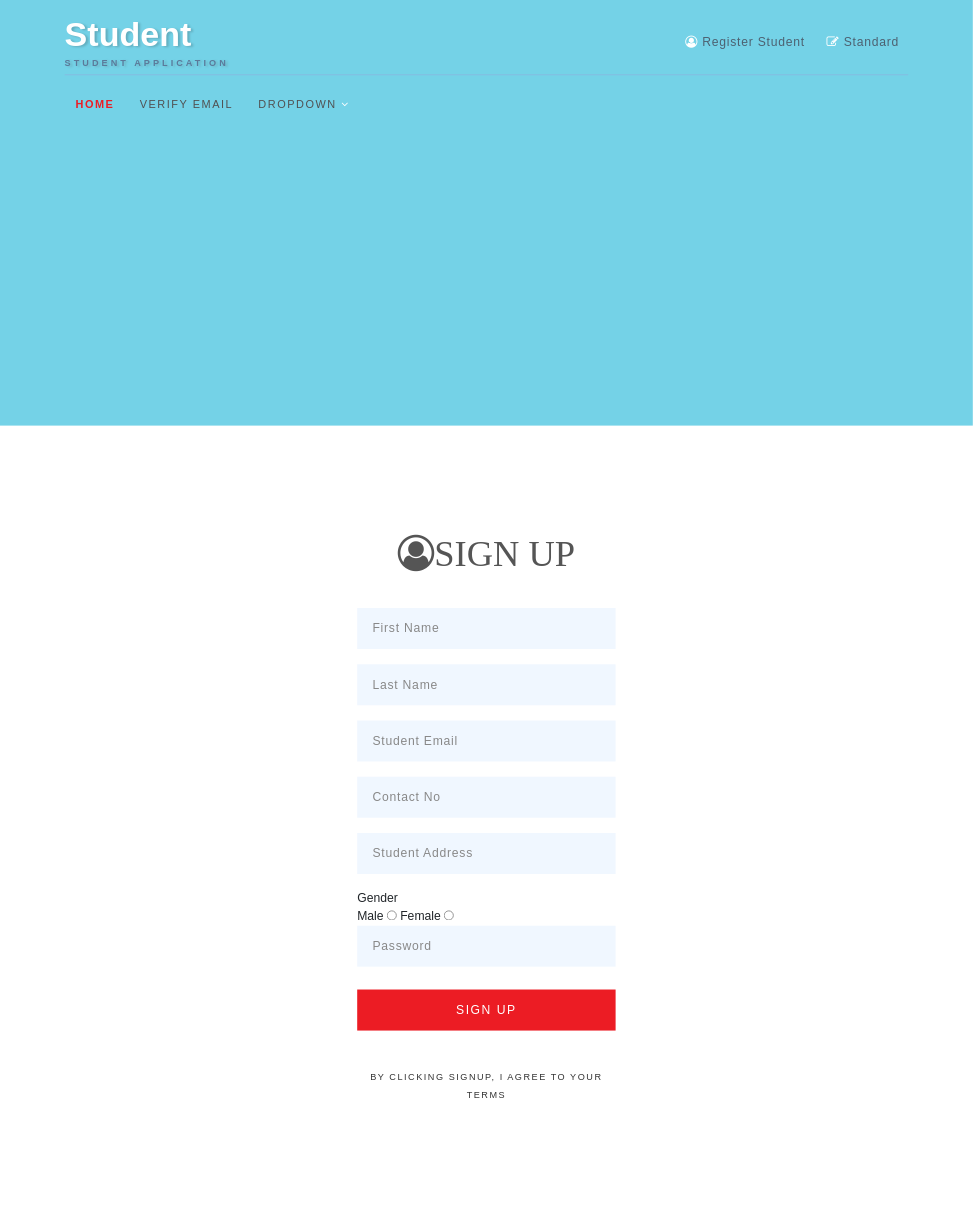
Repository: PallaviMadiya/Java-Framework-
Page: http://localhost/StudentApplication/register.jsp
An editor plug-in stored every save of this project. The page is shown before and after the next save, followed by the edit.
The browser window is 1280 px wide. The pictures show the whole page, at 76% of full size.
Some web fonts or font styles are not loaded; a fallback is used. The page is served by Tomcat 9. Other server files are loaded and not shown.

Above is the page before, as saved 2023-10-17 12:35:32.

### StudentApplication/src/main/webapp/register.jsp
<%@ page language="java" contentType="text/html; charset=ISO-8859-1"
    pageEncoding="ISO-8859-1"%>
<!DOCTYPE html>
<html>
<head>
<meta charset="ISO-8859-1">
<title>Insert title here</title>
</head>
<body>
<%@include file="header.jsp" %>
 <!-- //banner-->
    <!--/login -->
    <section class="banner-bottom py-5">
        <div class="container">
            <div class="content-grid">
                <div class="text-center icon">
                    <span class="fa fa-user-circle-o">SIGN UP</span>
                </div>
                 <% String msg = (String)request.getAttribute("msg"); %>
	            <% if(msg!=null){
	            %>
	            	<center><h3><%=msg %></h3></center><br>
	            <% } %>
                <div class="content-bottom">
                    <form action="StudentController" method="post">
                        <div class="field-group">

                            <div class="content-input-field">
                                <input name="fname" id="text1" type="text" value="" placeholder="First Name" required="">
                            </div>
                        </div>
                        <div class="field-group">

                            <div class="content-input-field">
                                <input name="lname" id="text1" type="text" value="" placeholder="Last Name" required="">
                            </div>
                        </div>
                        <div class="field-group">

                            <div class="content-input-field">
                                <input name="email" id="text1" type="email" value="" placeholder="Student Email" required="">
                            </div>
                        </div>
                        <div class="field-group">

                            <div class="content-input-field">
                                <input name="contact" id="text3" type="number" value="" placeholder="Contact No" required="">
                            </div>
                        </div>
                         <div class="field-group">

                            <div class="content-input-field">
                                <input name="address" id="text1" type="text" value="" placeholder="Student Address" required="">
                            </div>
                        </div>
                        <div class="field-group">
							Gender
                            <div class="checkbox-check-radio">
                               Male <input name="gender" id="text3" type="radio" value="male" required="">
                               Female <input name="gender" id="text3" type="radio" value="female" required="">
                            </div>
                        </div>
                        <div class="field-group">
                            <div class="content-input-field">
                                <input name="password" id="myInput" type="Password" placeholder="Password">
                            </div>
                        </div>
                        <div class="content-input-field">
                            <button type="submit" class="btn" name="action" value="signup">Sign Up</button>
                        </div>
                        <div class="list-login-bottom text-center mt-lg-5 mt-4">

                            <a href="#" class="">By clicking Signup, I agree to your terms</a>



                        </div>
                    </form>
                </div>
            </div>
        </div>
    </section>
    <!-- /login -->
</body>
</html>

### StudentApplication/src/main/webapp/header.jsp
<%@ page language="java" contentType="text/html; charset=ISO-8859-1"
    pageEncoding="ISO-8859-1"%>
<!--
Author:W3layouts
Author URL: http://w3layouts.com
License: Creative Commons Attribution 3.0 Unported
License URL: http://creativecommons.org/licenses/by/3.0/
-->

<!DOCTYPE html>
<html lang="zxx">

<head>
    <title>Baggage Ecommerce Category Bootstrap Responsive Web Template | Home :: W3layouts</title>
    <!-- Meta tag Keywords -->
    <meta name="viewport" content="width=device-width, initial-scale=1">
    <meta charset="UTF-8" />
    <meta name="keywords" content="Baggage Responsive web template, Bootstrap Web Templates, Flat Web Templates, Android Compatible web template, Smartphone Compatible web template, free webdesigns for Nokia, Samsung, LG, SonyEricsson, Motorola web design" />
    <script>
        addEventListener("load", function() {
            setTimeout(hideURLbar, 0);
        }, false);

        function hideURLbar() {
            window.scrollTo(0, 1);
        }
    </script>
    <!-- //Meta tag Keywords -->
    <!-- Custom-Files -->
    <link rel="stylesheet" href="css/bootstrap.css">
    <!-- Bootstrap-Core-CSS -->
    <link rel="stylesheet" href="css/style.css" type="text/css" media="all" />
    <!-- Style-CSS -->
    <!-- font-awesome-icons -->
    <link href="css/font-awesome.css" rel="stylesheet">
    <!-- //font-awesome-icons -->
    <!-- /Fonts -->
    <link href="//fonts.googleapis.com/css?family=Hind:300,400,500,600,700" rel="stylesheet">
    <!-- //Fonts -->

</head>

<body>
    <div class="main-sec">
        <!-- //header -->
        <header class="py-sm-3 pt-3 pb-2" id="home">
            <div class="container">
                <!-- nav -->
                <div class="top-w3pvt d-flex">
                    <div id="logo">
                        <h1> <a href="index.jsp"><span class="log-w3pvt">Student</a> <label class="sub-des">Student Application</label></h1>
                    </div>

                    <div class="forms ml-auto">
                        <a href="register.jsp" class="btn"><span class="fa fa-user-circle-o"></span> Register Student</a>
                        <a href="stadard.jsp" class="btn"><span class="fa fa-pencil-square-o"></span> Standard</a>
                    </div>
                </div>
                <div class="nav-top-wthree">
                    <nav>
                        <label for="drop" class="toggle"><span class="fa fa-bars"></span></label>
                        <input type="checkbox" id="drop" />
                        <ul class="menu">
                            <li class="active"><a href="index.jsp">Home</a></li>
                            <li><a href="verify-email.jsp">Verify Email</a></li>

                            <li>
                                <!-- First Tier Drop Down -->
                                <label for="drop-2" class="toggle">Dropdown <span class="fa fa-angle-down" aria-hidden="true"></span>
                                </label>
                                <a href="#">Dropdown <span class="fa fa-angle-down" aria-hidden="true"></span></a>
                                <input type="checkbox" id="drop-2" />
                                <ul>
                                    <li><a href="coming.html" class="drop-text">Services</a></li>
                                    <li><a href="about.html" class="drop-text">Features</a></li>
                                    <li><a href="single.html" class="drop-text">Single Page</a></li>

                                </ul>
                            </li>
                        </ul>
                    </nav>
                    <!-- //nav -->
                    <div class="clearfix"></div>
                </div>
            </div>
        </header>
        <!-- //header -->

       </div>
  </body>
  </html>

Loaded but not shown: StudentApplication/src/main/webapp/css/bootstrap.css (library); StudentApplication/src/main/webapp/css/font-awesome.css (library); StudentApplication/src/main/webapp/css/style.css (1690 lines, source omitted)

After the next save:
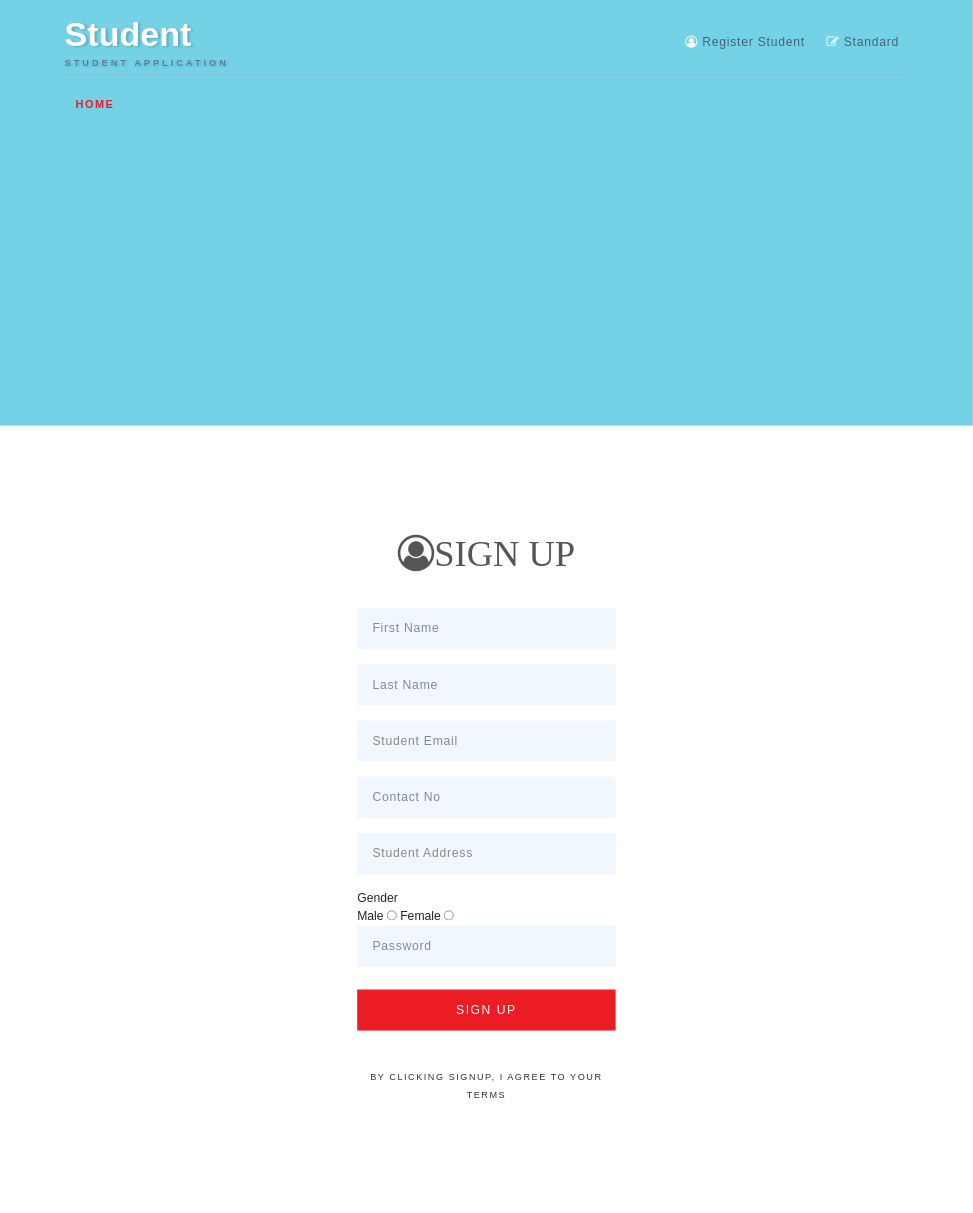
Saved 26 s later.
--- a/StudentApplication/src/main/webapp/header.jsp
+++ b/StudentApplication/src/main/webapp/header.jsp
@@ -62,21 +62,7 @@ License URL: http://creativecommons.org/licenses/by/3.0/
                         <input type="checkbox" id="drop" />
                         <ul class="menu">
                             <li class="active"><a href="index.jsp">Home</a></li>
-                            <li><a href="verify-email.jsp">Verify Email</a></li>
 
-                            <li>
-                                <!-- First Tier Drop Down -->
-                                <label for="drop-2" class="toggle">Dropdown <span class="fa fa-angle-down" aria-hidden="true"></span>
-                                </label>
-                                <a href="#">Dropdown <span class="fa fa-angle-down" aria-hidden="true"></span></a>
-                                <input type="checkbox" id="drop-2" />
-                                <ul>
-                                    <li><a href="coming.html" class="drop-text">Services</a></li>
-                                    <li><a href="about.html" class="drop-text">Features</a></li>
-                                    <li><a href="single.html" class="drop-text">Single Page</a></li>
-
-                                </ul>
-                            </li>
                         </ul>
                     </nav>
                     <!-- //nav -->
